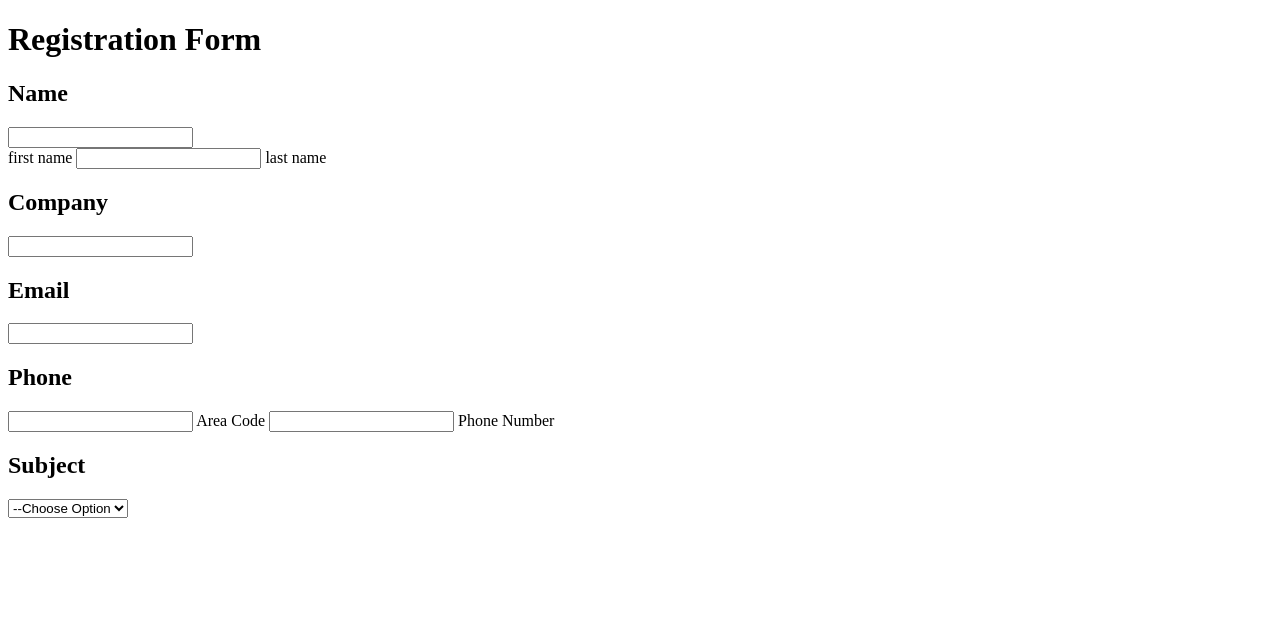
Repository: sudeepa88/Registration-Form
Page: registration.html
These files come from the project's save history. The page is drawn as it stood at one moment and after the next save; the edit follows.
The browser window is 1280 px wide. The pictures show the whole page.

Above is the page before, as saved 2022-01-11 22:18:02.

After the next save:
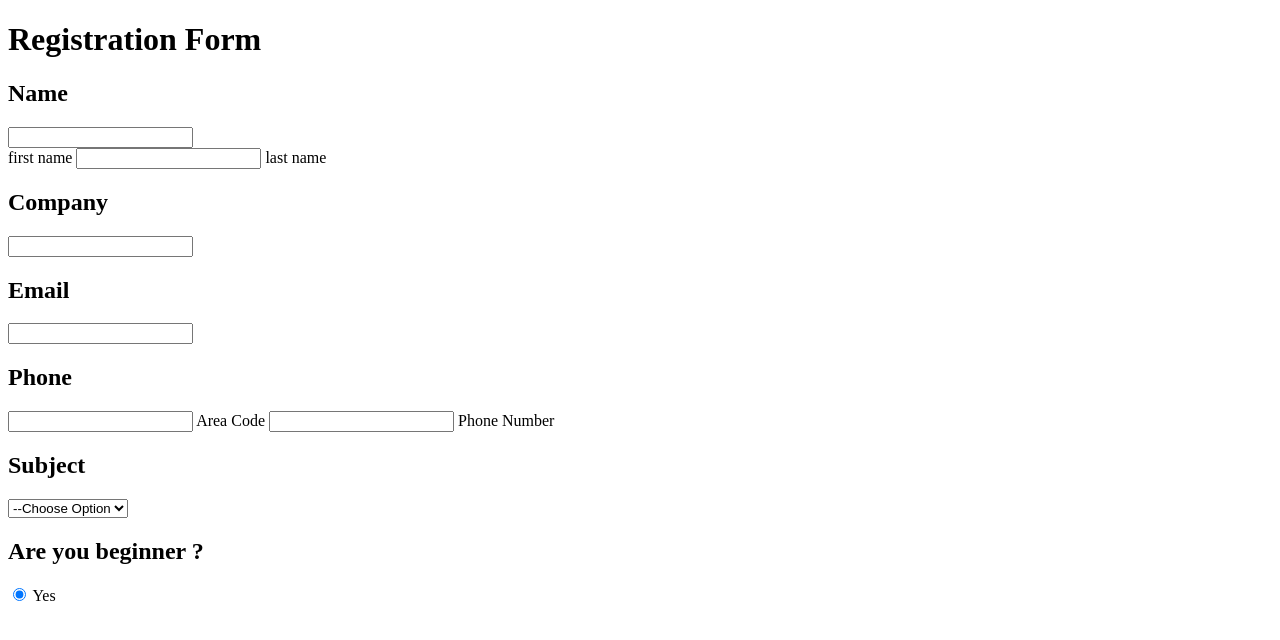
Saved 4 min 39 s later.
--- a/registration.html
+++ b/registration.html
@@ -41,7 +41,12 @@
                  <option>Subject 3</option>
                  <option>Subject 4</option>
              </select>
-             <h2></h2>
+             <h2 id="student">Are you beginner ? </h2>
+             <label class="radio">
+                 <input class="radio-one" type="radio" checked="checked" name="">
+                 <span class="checkmark"></span>
+                 Yes
+             </label>
         </form>
     </div>
 </body>
